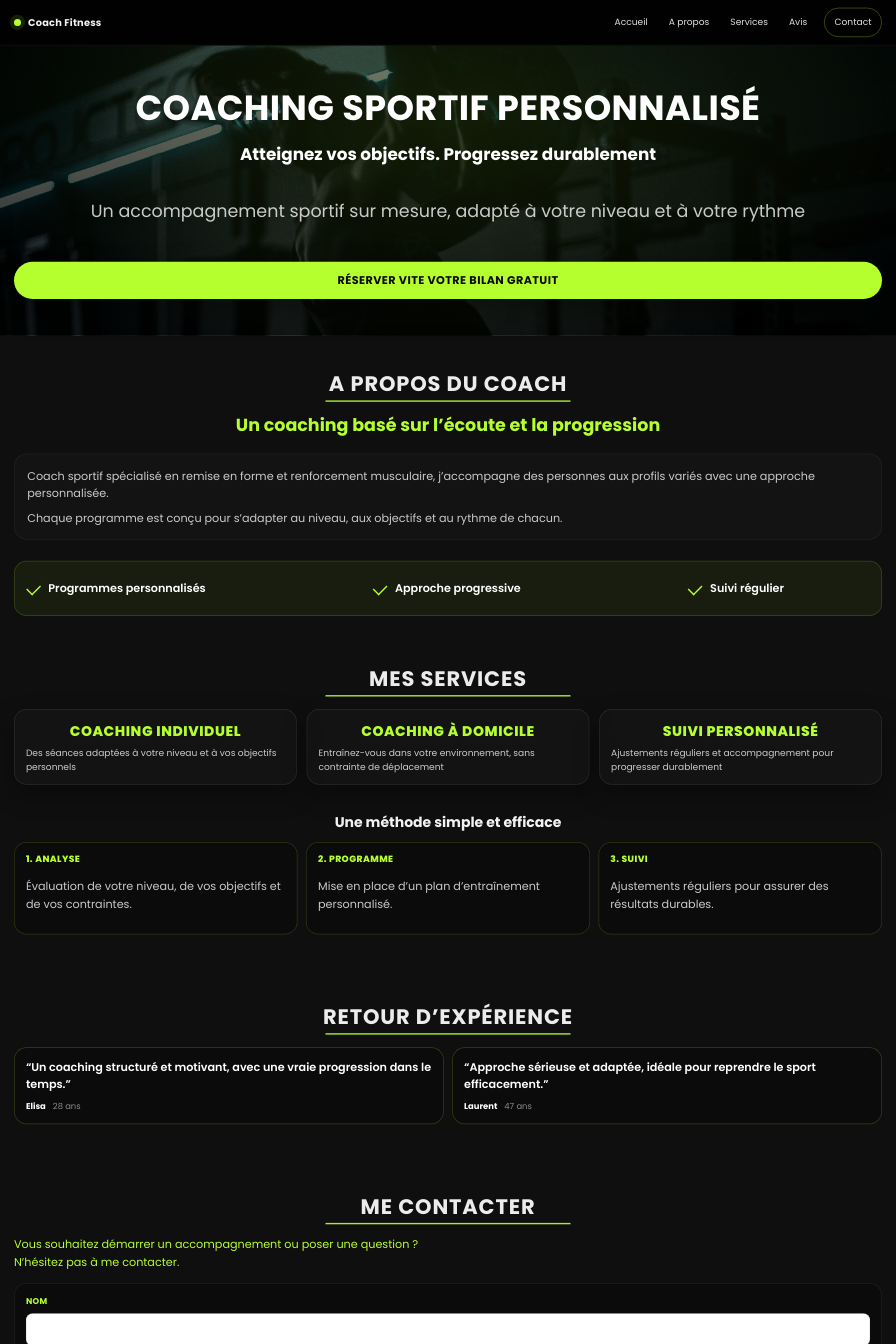
Repository: ThomasHdrd/CoachFitness
Page: index.html
An editor plug-in stored every save of this project. The page is shown before and after the next save, followed by the edit.
The browser window is 1280 px wide. The pictures show the part of the page from y = 0 to 1920 px (the page is 3043 px tall), at 70% of full size.

Above is the page before, as saved 2026-01-20 22:28:22.

After the next save:
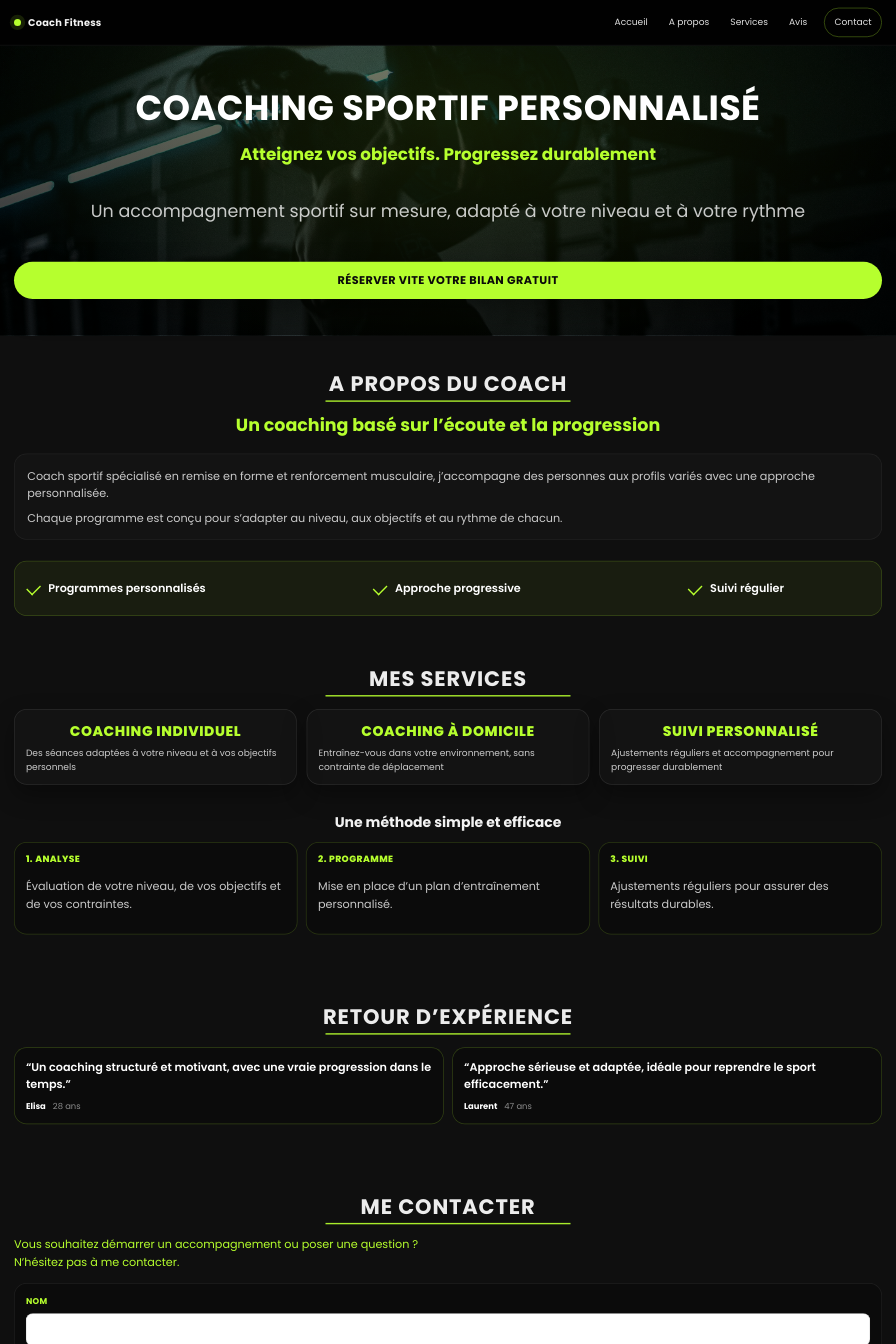
Saved 6 s later.
--- a/index.html
+++ b/index.html
@@ -42,7 +42,7 @@
       <div class="hero-overlay" aria-hidden="true"></div>
       <div class="container hero-content">
         <p class="hero-kicker">Coaching sportif personnalisé</p>
-        <h1 class="hero-title">Atteignez vos objectifs. Progressez durablement</h1>
+        <h1 class="hero-title accent">Atteignez vos objectifs. Progressez durablement</h1>
         <p class="hero-subtitle">
           Un accompagnement sportif sur mesure, adapté à votre niveau et à votre rythme
         </p>
